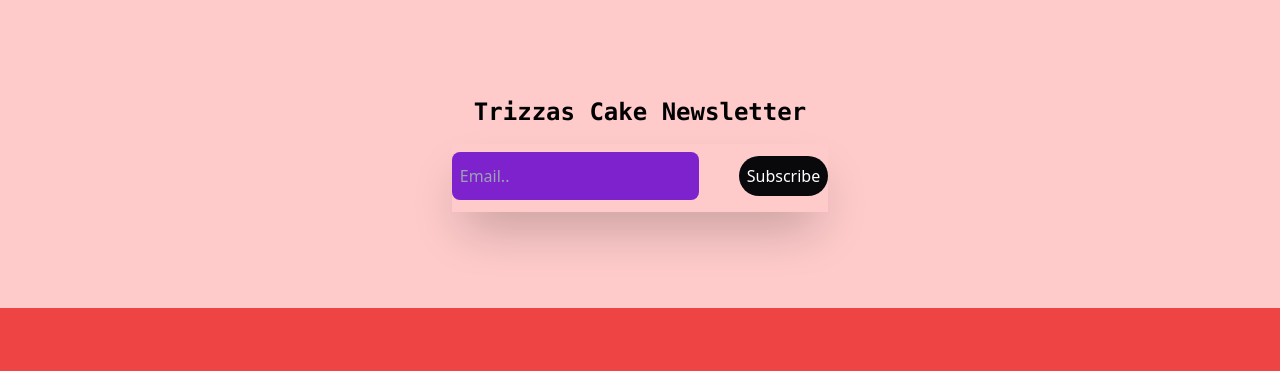
Repository: Semanmernstack/mailchimp-newsletter
Page: /
These files come from the project's save history. The page is drawn as it stood at one moment and after the next save; the edit follows.
The browser window is 1280 px wide. The pictures show the whole page.
The project was rebuilt for these pictures with package versions that can differ from the ones it lists, and the page was loaded fresh each time. The framework's server and built-in components were replaced by stand-ins that run in the browser. Also part of the build but not shown: next.config.js.

Above is the page before, as saved 2023-05-26 05:32:50.

After the next save:
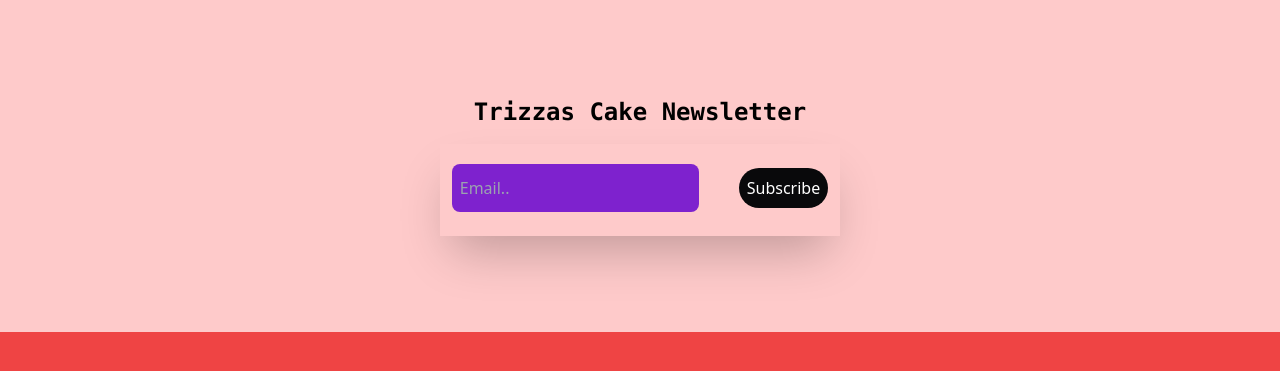
Saved 38 s later.
--- a/app/components/Mailing.tsx
+++ b/app/components/Mailing.tsx
@@ -33,7 +33,7 @@
     }
   return (
     <div className=" flex flex-col items-center justify-center shadow-zinc-800 h-min-screen">
-        <form className="flex sm:flex-col shadow-2xl" onSubmit={handleSubmit}>
+        <form className="flex sm:flex-col p-3 shadow-2xl" onSubmit={handleSubmit}>
             <div>
                 <input type="email"
                     placeholder='Email..'
